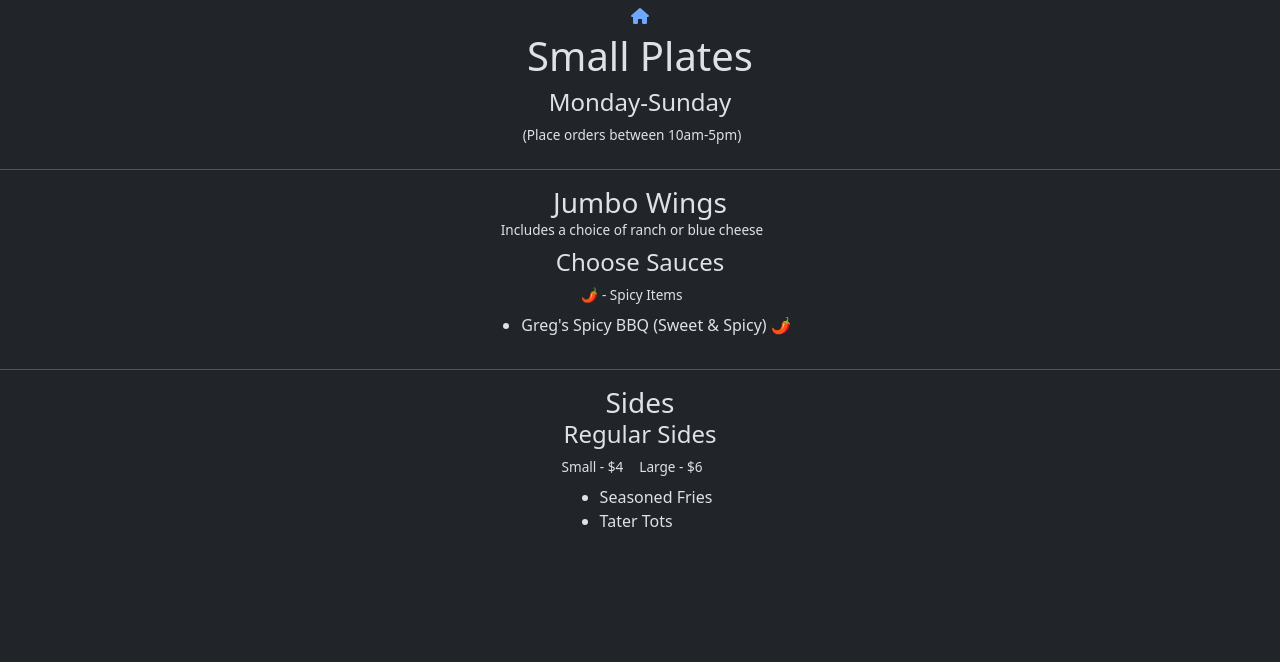
Repository: dukedward/smokehousemenu
Page: plates/index.html
The author's editor kept a copy of each file at every save. The page is drawn from the files as they stood at one save, then again after the next save.
The browser window is 1280 px wide. The pictures show the whole page.
Some web libraries are served in a nearby version.

Above is the page before, as saved 2023-03-06 13:27:55.

### plates/index.html
<!DOCTYPE html>
<html lang="en" data-bs-theme="dark">
<head>
    <meta charset="UTF-8">
    <meta http-equiv="X-UA-Compatible" content="IE=edge">
    <meta name="viewport" content="width=device-width, initial-scale=1.0">
    <link rel="stylesheet" href="https://cdnjs.cloudflare.com/ajax/libs/font-awesome/6.3.0/css/all.min.css" integrity="sha512-SzlrxWUlpfuzQ+pcUCosxcglQRNAq/DZjVsC0lE40xsADsfeQoEypE+enwcOiGjk/bSuGGKHEyjSoQ1zVisanQ==" crossorigin="anonymous" referrerpolicy="no-referrer" />
    <link href="https://cdn.jsdelivr.net/npm/bootstrap@5.3.0-alpha1/dist/css/bootstrap.min.css" rel="stylesheet" integrity="sha384-GLhlTQ8iRABdZLl6O3oVMWSktQOp6b7In1Zl3/Jr59b6EGGoI1aFkw7cmDA6j6gD" crossorigin="anonymous">
    <link rel="stylesheet" href="../style.css" />
    <link rel="shortcut icon" href="../images/favicon.ico" type="image/x-icon">
    <title>Small Plates</title>
</head>
<body>
    <div class="title">
        <a href="/">
            <i class="fa-solid fa-house mt-2 mb-2"></i>
        </a>
        <h1>Small Plates</h1>
        <h4>Monday-Sunday</h4>
        <p>(Place orders between 10am-5pm)</p>
    </div>
    <!-- <hr>
    <div class="sections">
        <div class="sect">
            <h3>Jumbo Wings</h3>
            <div class="desc">
                <p>Includes a choice of ranch or blue cheese</p>
            </div>
            <div class="sub-sect">
                <h4>Choose Amount:</h4>
                <ul>
                    <li>5pc - $7.50</li>
                    <li>10pc - $13</li>
                    <li>20pc - $22</li>
                    <li>30pc - $31</li>
                </ul>
            </div>
            <div class="sub-sect">
                <h4>Choose Style:</h4>
                <ul>
                    <li>Traditional Fried</li>
                    <li>Smoke Fried</li>
                    <li>Signature Wild Wings</li>
                </ul>
            </div>
            <div class="sub-sect">
                <h4>Choose Sauces:</h4>
                <div class="desc">
                    <p>🌶️ - Spicy items</p>
                </div>
                <ul>
                    <li>Greg's Sweet BBQ</li>
                    <li>Sweet Teriyaki</li>
                    <li>Garlic Parmesan</li>
                    <li>Honey Mustard</li>
                    <li>Lemon Pepper</li>
                    <li>Carolina Gold 🌶️</li>
                    <li>Buffalo Sauce 🌶️</li>
                    <li>Hot Garlic 🌶️</li>
                    <li>Hot Honey Garlic 🌶️</li>
                    <li>Greg's Spicy BBQ (Sweet & Spicy) 🌶️</li>
                    <li>Honey Sriracha 🌶️</li>
                    <li>Spicy Honey Mustard 🌶️</li>
                    <li>Sweet Thai Chili 🌶️</li>
                </ul>
            </div>
        </div>
        <hr>
        <div class="sect">
            <h3>Smoked Pork Ribs</h3>
            <ul>
                <li>(2) Bone - $7</li>
                <li>Half Rack - $17.50</li>
                <li>Full Rack - $33</li>
            </ul>
            <h3>Smoked Beef Ribs</h3>
            <ul>
                <li>(1) Bone - $15</li>
                <li>(2) Bones - $25</li>
            </ul>
        </div>
        <hr>
        <div class="sect">
            <h3>Regular Sides</h3>
            <div class="desc">
                <p>Small - $4</p>
                <p>Large - $6</p>
            </div>
            <ul>
                <li>Seasoned Fries</li>
                <li>Tater Tots</li>
            </ul>
            <h3>Specialty Sides</h3>
            <div class="desc">
                <p>Cup - $7</p>
                <p>Pint - $12</p>
                <p>Quart - $21</p>
            </div>
            <ul>
                <li>White chedder Mac-n-Cheese</li>
                <li>Mommas Baked Beans (made w/ beef)</li>
                <li>Southern Green Beans (made w/ Turkey)</li>
            </ul>
            <h3>Garlic Toast</h3>
            <ul>
                <li>Small Basket (3) - $4</li>
                <li>Large Basket (6) - $6</li>
            </ul>
        </div>
        <hr>
        <div class="sect">
            <h3>Plates</h3>
            <div class="desc">
                <p>Includes 1 side & garlic toast</p>
                <p>$3 extra for specialty sides</p>
            </div>
            <ul>
                <li>Fried Shrimp Plate - $16</li>
                <li>Fried Catfish Plate - $16</li>
                <li>Small Wing Plate (5) - $10</li>
                <li>Large Wing Plate (10) - $16</li>
                <li>Chicken Finger Plate (4) - $12</li>
                <li>BBQ Chicken Plate (Leg & Thigh) - $11</li>
                <li>Fried Chicken Plate (Leg & Thigh) - $12</li>
                <li>Pulled Pork (1/2 lb) - $13</li>
                <li>Pork Rib Plate (4) - $15</li>
                <li>Beef Short Rib Plate (1/2 lb) - $20</li>
                <li>Smoked Sausage (1 lb Sliced) - $12</li>
            </ul>
        </div>
        <hr>
        <div class="sect">
            <h3>Sandwiches</h3>
            <div class="desc">
                <p>Includes one side</p>
            </div>
            <ul>
                <li>Chicken Sandwich - $13</li>
                <li>Short Rib Sandwich - $18</li>
                <li>Sausage & Peppers Pork - $15</li>
                <li>Cheese Burger - $11</li>
            </ul>
            <h3>Sliders</h3>
            <div class="desc">
                <p>Includes one side and sauce of choice</p>
            </div>
            <ul>
                <li>Chicken Sliders - $12</li>
                <li>Pulled Pork Sliders - $14</li>
                <li>Beef Short Rib Sliders - $16</li>
                <li>Mix-n-Match Sliders - $15</li>
            </ul>
        </div>
        <hr>
        <div class="sect">
            <h3>Add Ons</h3>
            <ul>
                <li>Side Shrimp (1/4 lb) - $7</li>
                <li>Catfish (1) - $7</li>
                <li>Chicken Finger (1) - $3</li>
                <li>Pork Sausage (1) - $7</li>
            </ul>
        </div>
    </div> -->
    <div class="bottom"></div>
    <script src="https://cdn.jsdelivr.net/npm/bootstrap@5.3.0-alpha1/dist/js/bootstrap.bundle.min.js" integrity="sha384-w76AqPfDkMBDXo30jS1Sgez6pr3x5MlQ1ZAGC+nuZB+EYdgRZgiwxhTBTkF7CXvN" crossorigin="anonymous"></script>
    <script src="../script.js"></script>
</body>
</html>

### style.css
.container {
    height: 100vh;
}

.title {
	display: flex;
	flex-direction: column;
	justify-content: center;
	align-items: center;
}

.sections {
	display: grid;
}

.sect, .sub-sect {
	display: flex;
	flex-direction: column;
	justify-content: left;
	align-items: center;
}

.sect h2,h3 {
    margin-bottom: 0;
}

.desc {
    display: flex;
    flex-direction: row;
    justify-content: space-between;
}

.desc p,.title p {
    padding-right: 1rem;
    font-size: .85rem;
	margin-bottom: .5rem;
}

### script.js
// Collecting DOM Elements
const bottom = document.querySelector('.bottom');
const sections = document.querySelector('.sections');

// API Data
const categories = [
    {
        name: 'Jumbo Wings',
        hasSubSection: true,
        description: [
            {
                text: 'Includes a choice of ranch or blue cheese',
            },
        ],
    },{
        name: 'Sides',
        hasSubSection: true,
        description: [],
    },
];
const products = [
    {
        name: 'Greg\'s Spicy BBQ (Sweet & Spicy) 🌶️',
        image: '',
        price: 0,
        category: {
            _id: '640533ab345c72c36a197c35',
            name: 'Jumbo Wings'
        },
    }, {
        name: 'Seasoned Fries',
        image: '',
        price: 0,
        category: {
            _id: '87689736897163987',
            name: 'Sides'
        }
    }, {
        name: 'Tater Tots',
        image: '',
        price: 0,
        category: {
            _id: '87689736897163987',
            name: 'Sides'
        }
    }
];
const subCategories = [
    {
        name: 'Choose Sauces',
        description: [
            {
                text: '🌶️ - Spicy Items',
            },
        ],
        category: {
            _id: '640533ab345c72c36a197c35',
            name: 'Jumbo Wings'
        },
    }, {
        name: 'Regular Sides',
        description: [
            {
                text: 'Small - $4'
            },
            {
                text: 'Large - $6'
            }
        ],
        category: {
            _id: '87689736897163987',
            name: 'Sides'
        }
    }
];

document.body.onload = addSection;

function addSection() {
    let catName, subCatName, prodName = ''
    for(i=0; i < categories.length; i++) {
            catName = categories[i].name;
            // create a new div element
            const lineBreak = document.createElement("hr");
            const newDiv = document.createElement("div");
            newDiv.className = "sect";

            // and give it some content
            // Section Title
            const newSectTitle = document.createElement("h3");
            newSectTitle.innerHTML = catName;

            // Section Description
            console.log(categories[i].description.length);
            const newDesc = document.createElement("div");
            newDesc.className = "desc";
            for(e=0; e < categories[i].description.length; e++ ) {
                const newDescText = document.createElement("p");
                newDescText.innerHTML = categories[i].description[i].text;
                // console.log(categories[i].description[i].text);
                newDesc.appendChild(newDescText);
            }

            if(categories[i].hasSubSection === true) {
                for (s=0; s < subCategories.length; s++) {
                    subCatName = subCategories[s].category.name
                    if (catName === subCatName) {
                        // Sub Section
                        const newSubSect = document.createElement("div");
                        newSubSect.className = "sub-sect";

                        // Sub Section Title
                        const newSubSectTitle = document.createElement("h4");
                        newSubSectTitle.innerHTML = subCategories[s].name;

                        // Sub Section Description
                        const newSubSectDesc = document.createElement('div');
                        newSubSectDesc.className = "desc";
                        for (d=0; d < subCategories[s].description.length; d++) {
                            const newSubSectDescText = document.createElement("p");
                            newSubSectDescText.innerHTML = subCategories[s].description[d].text;
                            newSubSectDesc.appendChild(newSubSectDescText);

                        }

                            // Sub Section List
                            const newSubSectList = document.createElement('ul');
                            for (p=0; p < products.length; p++) {
                                prodName = products[p].category.name
                                if (catName === prodName) {
                                    const newSubSectListItem = document.createElement('li');
                                    newSubSectListItem.innerHTML = products[p].name
                                    newSubSectList.appendChild(newSubSectListItem)
                                }
                            // Appending all elements to Sub Section
                            newSubSect.appendChild(newSubSectTitle)
                            newSubSect.appendChild(newSubSectDesc)
                            newSubSect.appendChild(newSubSectList)

                            // Appending all elements to Parent Div
                            newDiv.appendChild(newSectTitle);
                            newDiv.appendChild(newDesc);
                            newDiv.appendChild(newSubSect)
                        }
                    }
                }
            } else {
                //  Section List
                const newSectList = document.createElement('ul');
                for (p=0; p < products.length; p++) {
                    const newSectListItem = document.createElement('li');
                    newSectListItem.innerHTML = products[p].name
                    newSectList.appendChild(newSectListItem)
                }

                // Appending all elements to Parent Div
                newDiv.appendChild(newSectTitle);
                newDiv.appendChild(newDesc);
                newDiv.appendChild(newSectList)
            }

            // add the newly created element and its content into the DOM
            document.body.insertBefore(lineBreak, bottom)
            document.body.insertBefore(newDiv, bottom)
            }
}

After the next save:
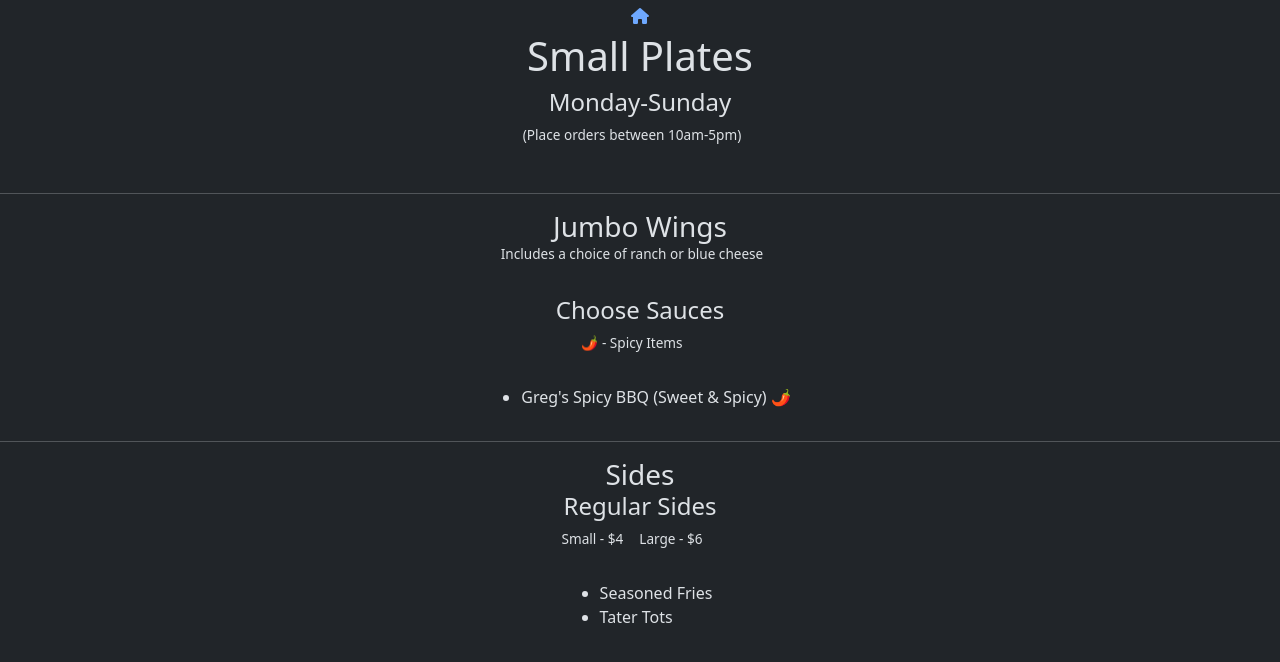
Saved 10 s later.
--- a/style.css
+++ b/style.css
@@ -33,5 +33,5 @@
 .desc p,.title p {
     padding-right: 1rem;
     font-size: .85rem;
-	margin-bottom: .5rem;
+	margin-bottom: 2rem;
 }
